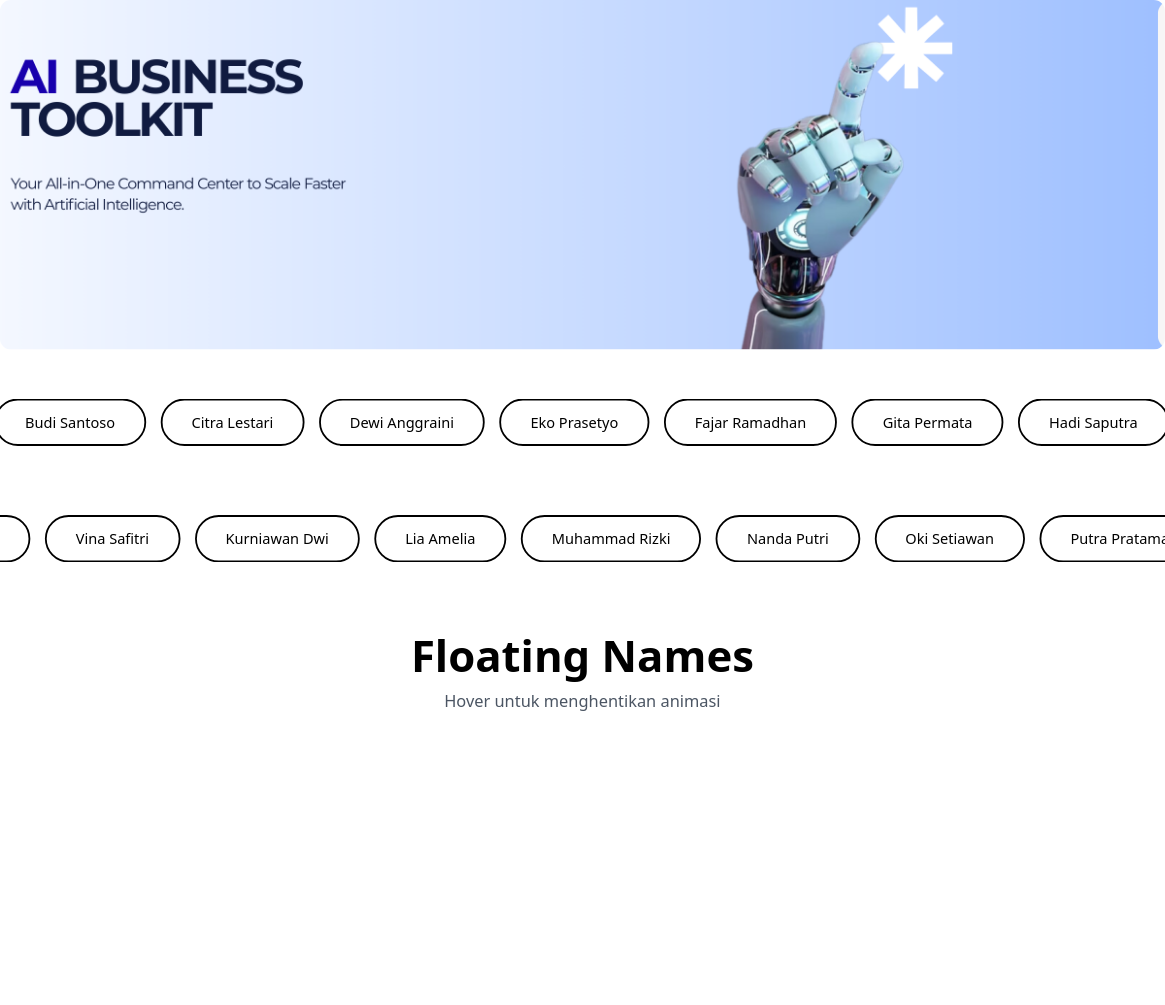
Repository: MUHAMADTEGARWIJAYA/AI-BUSINESS-TOOLKIT
Page: /
The author's editor kept a copy of each file at every save. The page is drawn from the files as they stood at one save, then again after the next save.
The browser window is 1280 px wide. The pictures show the whole page, at 91% of full size.
The project was rebuilt for these pictures with package versions that can differ from the ones it lists, and the page was loaded fresh each time. Also part of the build but not shown: vite.config.js.

Above is the page before, as saved 2026-01-07 15:03:35.

### src/router/index.js
import { createRouter, createWebHistory } from 'vue-router'
import HomeView from '../views/HomeView.vue'

const router = createRouter({
  history: createWebHistory(import.meta.env.BASE_URL),
  routes: [
    {
      path: '/',
      name: 'home',
      component: HomeView,
    },

  ],
})

export default router

### src/views/HomeView.vue
<template>
  <div class="min-h-screen flex flex-col justify-center items-start">
    <!-- Container -->
    <div class="w-full max-w-full">
      <!-- Background Image -->
      <div
        class="w-full h-96 rounded-xl bg-cover bg-no-repeat bg-center"
        style="background-image: url('/cc.png')"
      ></div>
    </div>
    <!-- Floating Names Component -->
    <div class="w-full">
      <NamaFloating />
    </div>
  </div>
</template>

<script setup>
import NamaFloating from './NamaFloating.vue'
</script>

### src/views/NamaFloating.vue
<template>
  <div class="min-h-screen bg-white overflow-hidden py-10">
    <div class="space-y-12">
      <!-- Line 1 - Nama 1-10 Gerak ke Kanan -->
      <div class="relative h-20 flex items-center overflow-hidden">
        <div class="scroll-container animate-scroll-right flex gap-4 whitespace-nowrap absolute">
          <div
            v-for="(nama, idx) in line1Double"
            :key="idx"
            class="floating-card inline-block px-8 py-3 bg-white border-2 border-black rounded-full"
          >
            <span class="text-black font-medium text-base">{{ nama }}</span>
          </div>
        </div>
      </div>

      <!-- Line 2 - Nama 11-21 Gerak ke Kiri -->
      <div class="relative h-20 flex items-center overflow-hidden">
        <div class="scroll-container animate-scroll-left flex gap-4 whitespace-nowrap absolute">
          <div
            v-for="(nama, idx) in line2Double"
            :key="idx"
            class="floating-card inline-block px-8 py-3 bg-white border-2 border-black rounded-full"
          >
            <span class="text-black font-medium text-base">{{ nama }}</span>
          </div>
        </div>
      </div>
    </div>

    <!-- Title -->
    <div class="text-center mt-16">
      <h1 class="text-5xl font-bold text-black mb-3">Floating Names</h1>
      <p class="text-gray-600 text-lg">Hover untuk menghentikan animasi</p>
    </div>
  </div>
</template>

<script setup>
import { computed } from 'vue'

// Line 1: Nama 1-10 (gerak ke kanan)
const line1 = [
  'Ahmad Fauzi',
  'Budi Santoso',
  'Citra Lestari',
  'Dewi Anggraini',
  'Eko Prasetyo',
  'Fajar Ramadhan',
  'Gita Permata',
  'Hadi Saputra',
  'Indah Puspitasari',
  'Joko Widodo',
]

// Line 2: Nama 11-21 (gerak ke kiri)
const line2 = [
  'Kurniawan Dwi',
  'Lia Amelia',
  'Muhammad Rizki',
  'Nanda Putri',
  'Oki Setiawan',
  'Putra Pratama',
  'Rina Oktaviani',
  'Sandi Mahendra',
  'Tia Ayuningtyas',
  'Umar Hakim',
  'Vina Safitri',
]

// Duplicate arrays untuk seamless loop
const line1Double = computed(() => [...line1, ...line1])
const line2Double = computed(() => [...line2, ...line2])
</script>

<style scoped>
@keyframes scrollRight {
  0% {
    transform: translateX(0);
  }
  100% {
    transform: translateX(-50%);
  }
}

@keyframes scrollLeft {
  0% {
    transform: translateX(-50%);
  }
  100% {
    transform: translateX(0);
  }
}

.animate-scroll-right {
  animation: scrollRight 50s linear infinite;
}

.animate-scroll-left {
  animation: scrollLeft 50s linear infinite;
}

.floating-card {
  transition: all 0.3s ease;
}

.floating-card:hover {
  transform: translateY(-3px);
  box-shadow: 0 10px 25px rgba(0, 0, 0, 0.15);
}

.scroll-container:has(.floating-card:hover) {
  animation-play-state: paused;
}
</style>

Loaded but not shown: index.html (common file); src/main.js (common file); src/assets/main.css (common file); src/App.vue (common file); tailwind.config.js (common file)

After the next save:
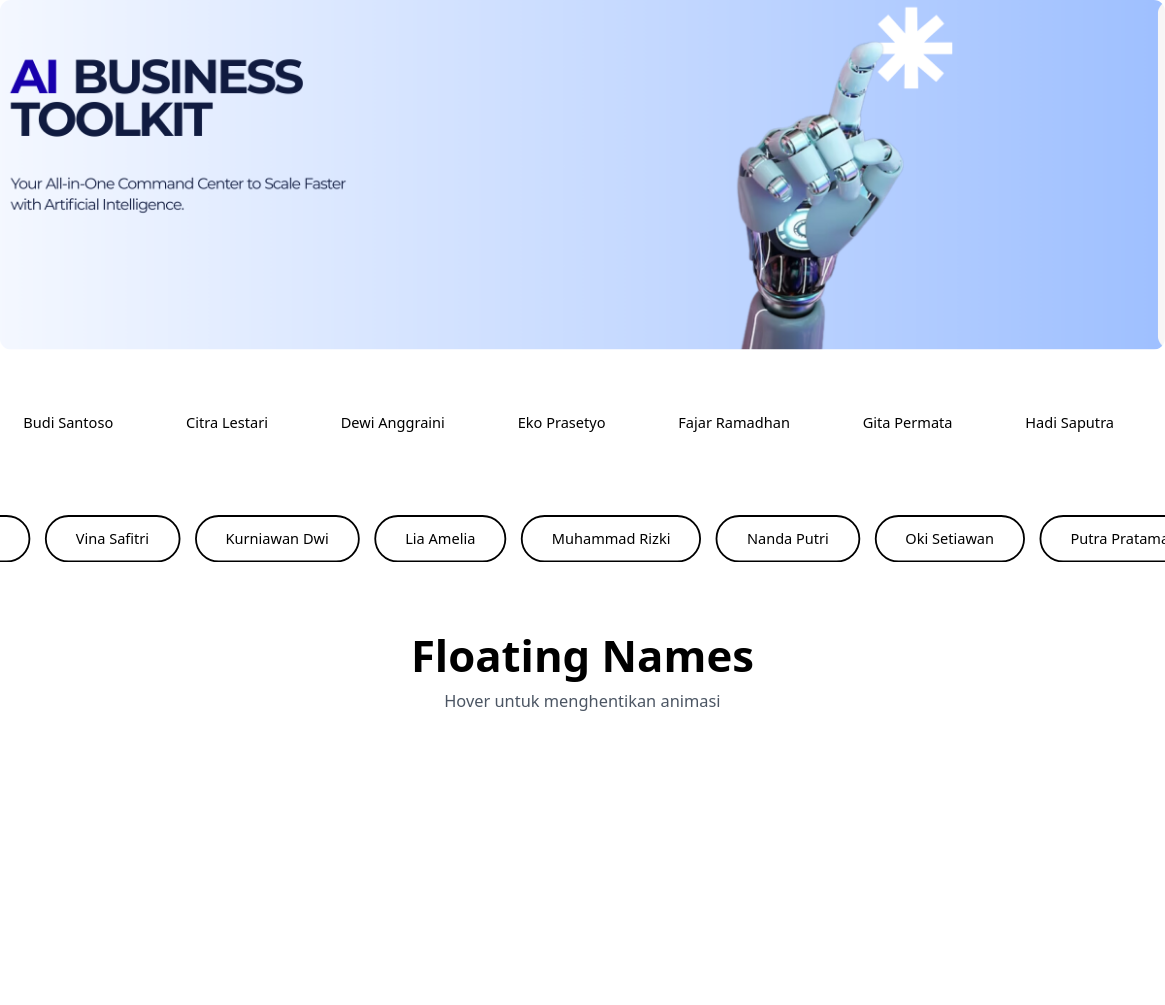
Saved 9 s later.
--- a/src/views/NamaFloating.vue
+++ b/src/views/NamaFloating.vue
@@ -7,7 +7,7 @@
           <div
             v-for="(nama, idx) in line1Double"
             :key="idx"
-            class="floating-card inline-block px-8 py-3 bg-white border-2 border-black rounded-full"
+            class="floating-card inline-block px-8 py-3 bg-white border-black rounded-full"
           >
             <span class="text-black font-medium text-base">{{ nama }}</span>
           </div>
